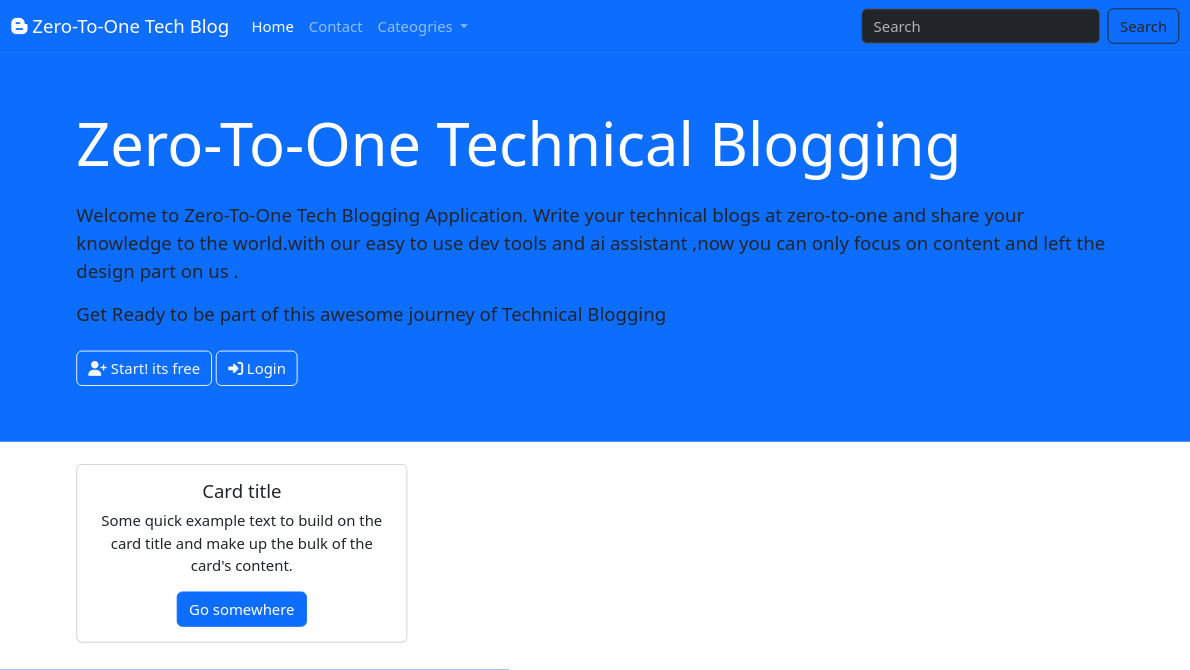
Repository: Gaurav560/PROJECT-ZeroToOne-TechBlog
Page: http://localhost/ZeroToOne/
These files come from the project's save history. The page is drawn as it stood at one moment and after the next save; the edit follows.
The browser window is 1280 px wide. The pictures show the whole page, at 93% of full size.
Some web libraries are served in a nearby version. The page is served by Tomcat 9.

Above is the page before, as saved 2023-04-29 07:53:35.

After the next save:
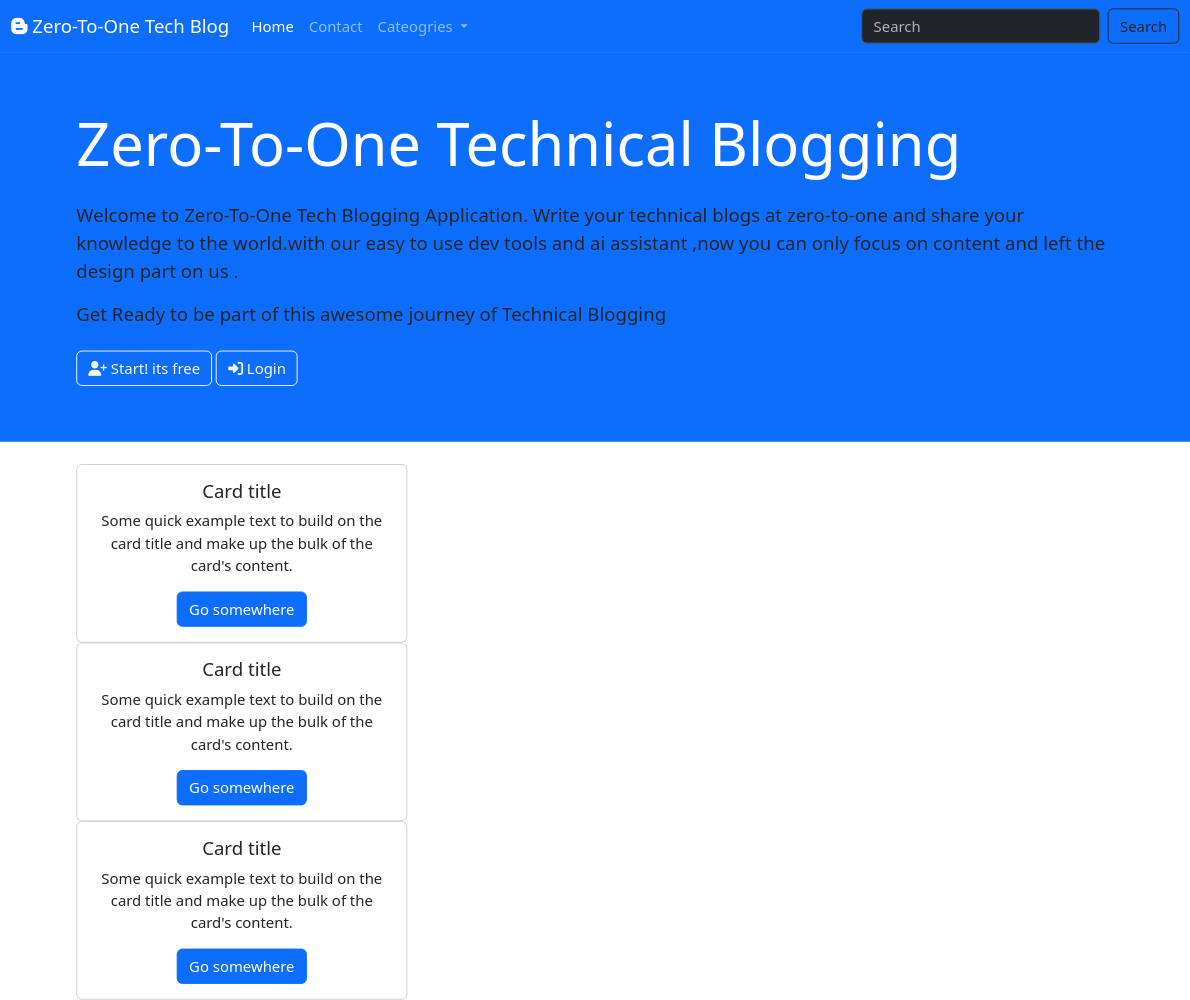
Saved 57 s later.
--- a/ZeroToOne/src/main/webapp/index.jsp
+++ b/ZeroToOne/src/main/webapp/index.jsp
@@ -62,6 +62,22 @@
     <a href="#" class="btn btn-primary">Go somewhere</a>
   </div>
 </div>
+<div class="card text-center">
+
+  <div class="card-body">
+    <h5 class="card-title">Card title</h5>
+    <p class="card-text">Some quick example text to build on the card title and make up the bulk of the card's content.</p>
+    <a href="#" class="btn btn-primary">Go somewhere</a>
+  </div>
+</div>
+<div class="card text-center">
+
+  <div class="card-body">
+    <h5 class="card-title">Card title</h5>
+    <p class="card-text">Some quick example text to build on the card title and make up the bulk of the card's content.</p>
+    <a href="#" class="btn btn-primary">Go somewhere</a>
+  </div>
+</div>
 </div>
 
 </div>
